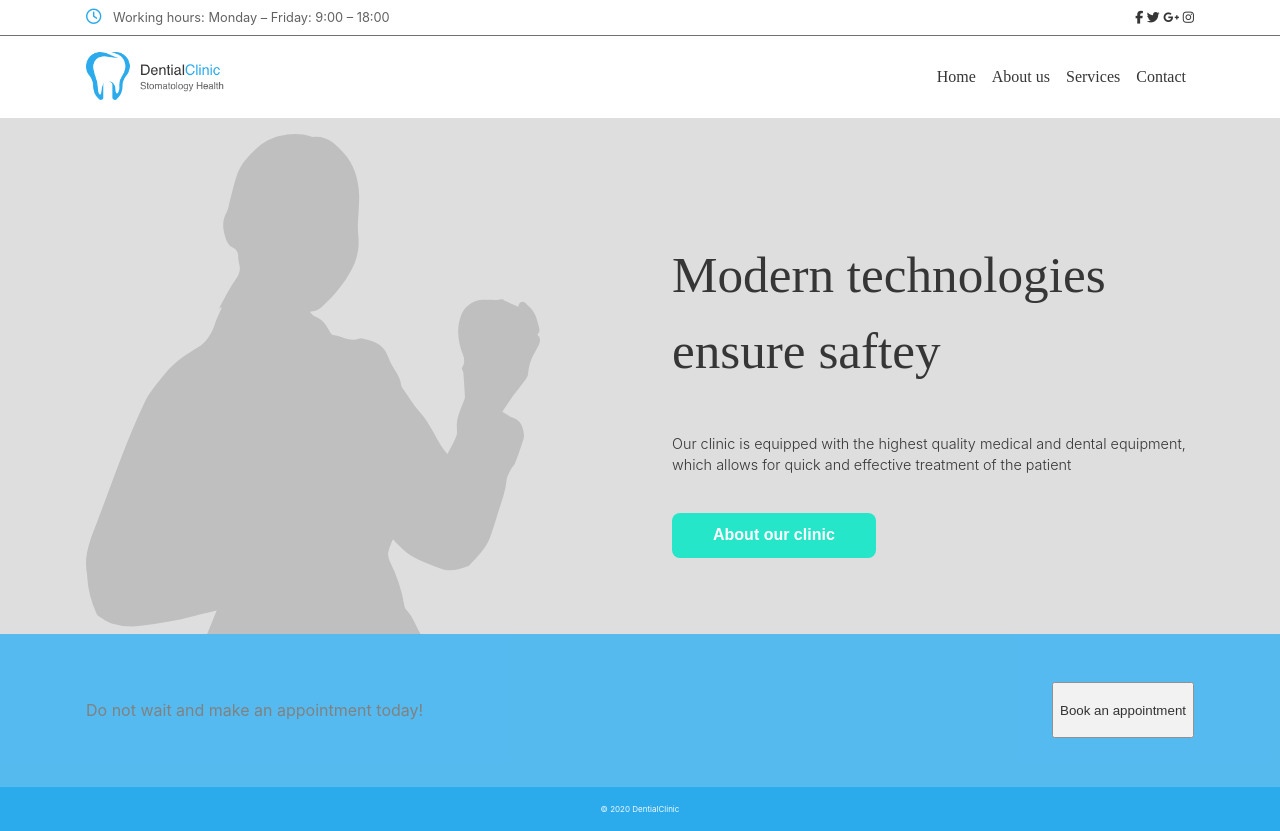
Repository: skepp4rn/uppgift1
Page: index.html
These files come from the project's save history. The page is drawn as it stood at one moment and after the next save; the edit follows.
The browser window is 1280 px wide. The pictures show the whole page.
Some web libraries are served in a nearby version.

Above is the page before, as saved 2020-12-03 14:36:15.

### index.html
<!DOCTYPE html>
<html lang="en">
<head>
    <meta charset="UTF-8">
    <meta name="viewport" content="width=device-width, initial-scale=1.0">
    <title>Document</title>

    <script src="https://kit.fontawesome.com/0abbda2fd3.js" crossorigin="anonymous"></script>
    <link rel="stylesheet" href="style.css">
</head>
<body>

    <nav class="navbar-top collapse">
        <div class="container">
            <div class="hours">
                <i class="far fa-clock"></i>
                Working hours: Monday – Friday: 9:00 – 18:00
            </div>
            <div class="#">
                <a href="#"><i class="fab fa-facebook-f"></i></a>
                <a href="#"><i class="fab fa-twitter"></i></a>
                <a href="#"><i class="fab fa-google-plus-g"></i></a>
                <a href="#"><i class="fab fa-instagram"></i></a>
            </div>
        </div>
    </nav>

    <nav class="navbar ">
        <div class="container">
            <a class="navbar-brand" href="#" >
                <img src="images/Logo.png" alt="">
            </a>
            <button class="navbar-toggler">
                <i class="fas fa-bars"></i>
            </button>
            <div class="collapse navbar-collapse">
                <div class="navbar-nav">
                    <a class="nav-link" href="#">Home</a>
                    <a class="nav-link" href="#">About us</a>
                    <a class="nav-link" href="#">Services</a>
                    <a class="nav-link" href="#">Contact</a>
                </div>
            </div>
        </div>
    </nav>

    <section id="showcase" class="bg-gray">
        <div class="container">
            <img src="images/placehold-girl.svg" alt="">
            <div class="content-box">
                <div class="content">
                    <h1>Modern technologies ensure saftey</h1>
                    <p>Our clinic is equipped with the highest quality medical and dental equipment, which allows for quick and effective treatment of the patient</p>
                    <button class="btn btn-green">About our clinic</button>
                </div>
            </div>
        </div>
    </section>












   <div class="grid">
        <section id="appointment bg-gray">
            <div class="bg-blue overlay">
                <div class="container">
                    <div class="center-content">
                        <p>Do not wait and make an appointment today!</p>
                        <button>Book an appointment</button>
                    </div>
                </div>
            </div>
        </section>
        <footer class="d-flex justify-content-center bg-blue">
            <p>© 2020 DentialClinic</p>
        </footer>
    </div>

</body>
</html>

### style.css
* {
    box-sizing: border-box;
}

html, body {
    font-weight: 400;
    font-family: -apple-system, BlinkMacSystemFont, 'Segoe UI', Roboto, Oxygen, Ubuntu, Cantarell, 'Open Sans', 'Helvetica Neue', sans-serif;
    line-height: 1.5;
    font-size: 16px;
    margin: 0;
    padding: 0;
    color: #626262;
}

.container {
    width: 100%;
    padding: 0 1rem;
    margin: 0 auto;
}

.border {
    border: 1px solid black;
}

a {
    color: #363636;
    text-decoration: none;
    background-color: transparent;
}

a:hover {
    color: #25E6C8;
}

.bg-dark {
   background: #333333;
   color: #ffffff;
}

.bg-light {
    background: #f7f7f7;
    color: #333333;
}

.bg-gray {
    background-color: #DEDEDE;

}



.btn {
    display: inline-block;
    font-weight: 400;
    text-align: center;
    vertical-align: middle;
    padding: 0.80rem 2.5rem;
    border-radius: 0.5rem;
    border: 1px solid transparent;
    background-color: transparent;
    font-size: 1rem;

}

.btn-green {
    color: #ffffff;
    background-color: #25E6C8;
    font-weight: bold;
    margin-top: 1.4rem;


}

.btn-green:hover {
    cursor: pointer;
    background-color: #2BAAEC;
}



.collapse:not(.show) {
    display: none;
}

.container {
    width: 100%;
    padding: 0 1rem;
    margin: 0 auto;
}

.navbar-top {
    border-bottom: 1px solid #707070;
}

.navbar, .navbar-top {
    display: flex;
    justify-content: space-between;
    padding: 0.5rem 1rem;
}

.navbar .container, .navbar-top .container {
    display: flex;
    justify-content: space-between;
    align-items: center;
}

.navbar-top .container {
    font-size: 0.8rem;
}

.navbar-top .container .hours {
    color:#626262;
}

.navbar-top .container .hours i {
    color: #2BAAEC;
    margin-right: 0.5rem;
    font-size: 1.2em;
}

.navbar-top .container .socialmedia a {
    margin: 0 0.5rem;

}

.navbar-brand {
    display: inline-block;
    font-size: 1.5rem;
    color: black;
    margin-right: 1rem;
}

.navbar-brand img {
    height: 3rem;
    margin-top: 0.5rem;
}


.navbar-toggler {
    font-size: 2.5rem;
    color:#2BAAEC;
    background-color: transparent;
    border: 1px solid transparent;
}

.navbar-collapse {
    align-items: center;
}

.navbar-nav {
    display: flex;
    flex-direction: column;
    font-family: 'Roboto Slab', serif;

}

.nav-link {
    padding: 0;
    text-decoration: none;
}



#showcase .container {
    display: grid;
    grid-template-columns: 1fr 1fr;
    column-gap: 4rem;

    align-items: center;
}

#showcase .container img {
    height: 500px;
    margin-top: 1rem;


}

#showcase .container .content-box {
    align-self: center;
    color: #363636;
    font-weight: 300;
}

.content-box .content h1 {
    font-size: 3.2rem;
    font-family: 'Roboto Slab', serif;
    font-weight: 300;

}

.content-box .content p {
    font-size: 0.9rem;
}




.d-flex {
    display: flex;
}

.justify-content-center {
    justify-content: center;
}

#appointment {
    color: #f3fbff;
}


.overlay {
    opacity: 80%;
    background-color: #2BAAEC;
}

.center-content {
    display: block;
    text-align: center;
    padding: 3rem 0;
}


footer {
    border-top: 1px solid rgb(255, 255, 255, 0.2);
    background-color: #2BAAEC;
    color: #f3fbff;
    text-align: center;
    padding: 0.5rem 0rem;
    font-size: 0.5rem;
}


@media (min-width: 768px) {
    .container {
        max-width: 720px;
    }

    .center-content {
        display: flex;
        justify-content: space-between;
    }
}









@media (min-width: 768px) {
    .nav-link {
        padding-right: 0.5rem;
        padding-left: 0.5rem;
    }

    .navbar-nav {
        flex-direction: row;
    }

    .navbar-toggler {
        display: none;
    }

    .collapse:not(.show) {
        display: flex;
    }

    .container {
        max-width: 720px;
    }

}

@media (min-width: 992px) {
    .container {
        max-width: 960px;
    }
}

@media (min-width: 1200px) {
    .container {
        max-width: 1140px;
    }
}

After the next save:
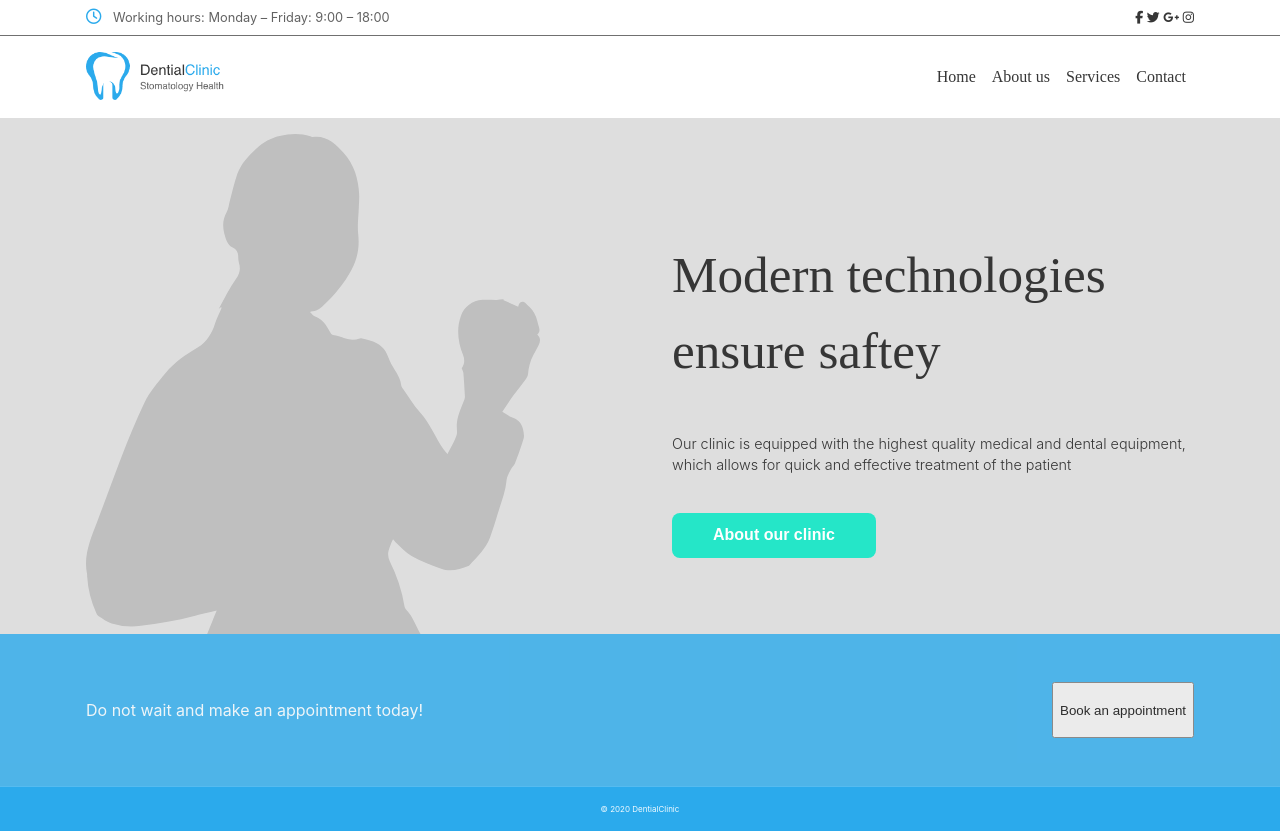
Saved 98 s later.
--- a/index.html
+++ b/index.html
@@ -69,7 +69,7 @@
 
 
    <div class="grid">
-        <section id="appointment bg-gray">
+        <section id="appointment" class="bg-gray">
             <div class="bg-blue overlay">
                 <div class="container">
                     <div class="center-content">
